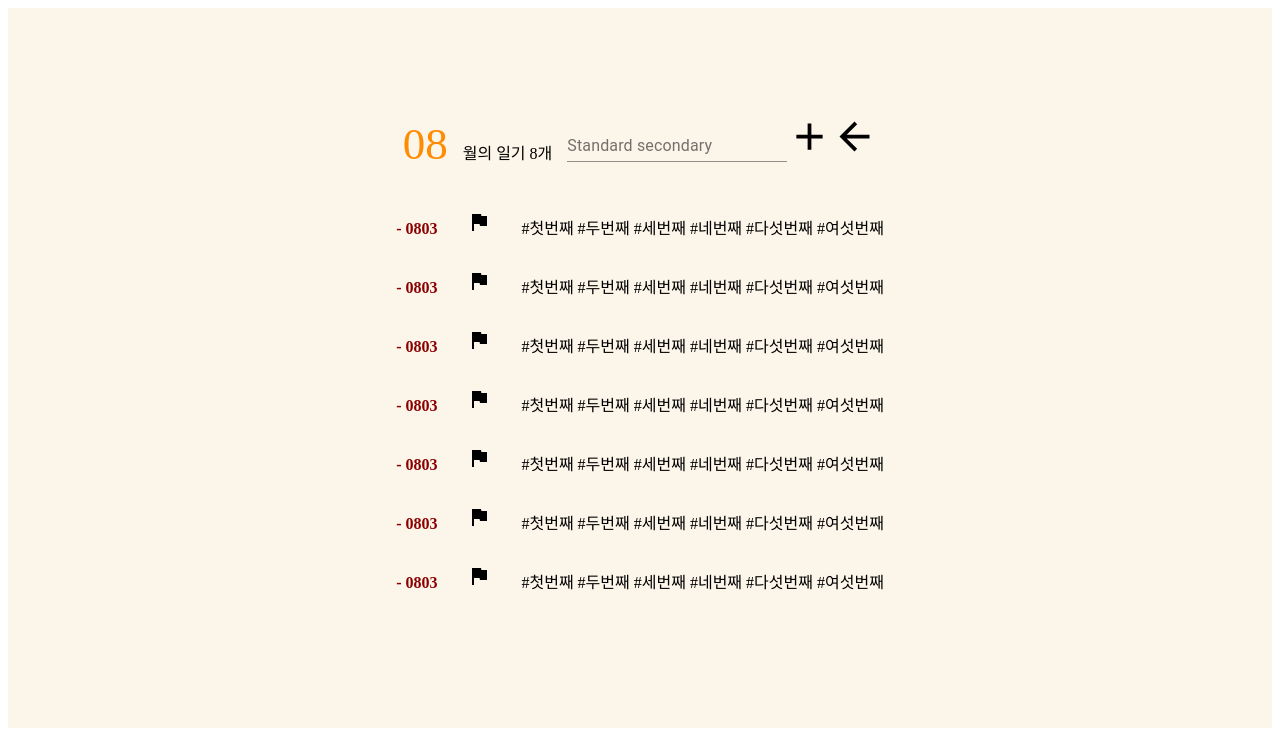
Repository: IMHANA/diary
Page: /list
These files come from the project's save history. The page is drawn as it stood at one moment and after the next save; the edit follows.
The browser window is 1280 px wide. The pictures show the whole page.
The project was rebuilt for these pictures with package versions that can differ from the ones it lists, and the page was loaded fresh each time. Also part of the build but not shown: src/App.css, src/pages/Main/main.js, src/pages/Month/month.js.

Above is the page before, as saved 2021-08-05 17:42:10.

### src/App.js
import './App.css';
import React, { Component } from 'react'
import MainTemplates from './components/MainTemplates';

class App extends Component {
  render() {
    console.log('메인을 불러온다!')
    return (
      <div>
        <MainTemplates/>
      </div>
    )
  }
}

export default App;

### src/components/MainTemplates.js
import React, { Component } from 'react'
import Main from '../pages/Main/main';
import Month from '../pages/Month/month';
import DayList from '../pages/DayList/dayList';
import { BrowserRouter as Router, Route, Switch, Link} from 'react-router-dom';

export default class MainTemplates extends Component {
    render() {
        return (
            <Router>
                <Switch>
                    <Route exact path='/' component={Main}/>
                    <Route path='/monthly' component={ Month }/>
                    <Route path='/list' component={ DayList} />
                </Switch>
            </Router>
        )
    }
}

### src/pages/DayList/dayList.js
import React, { Component } from 'react';
import { Add, ArrowBack , Flag} from '@material-ui/icons'
import TextField from '@material-ui/core/TextField';
import '../DayList/dayList.css';

export default class dayList extends Component {
    render() {
        return (
            <div id='container'>
                <div id='sub_box'>
                    <div className='list_title'>
                        <span id='month'>08</span><span id='month_sub'>월의 일기 8개</span>
                        <TextField id="standard-secondary" label="Standard secondary" color="secondary" />
                        <Add style={{fontSize: '45px'}}/>
                        <ArrowBack style={{fontSize: '45px'}} />
                    </div>
                    <div id='title'

                    ></div>
                    <div>
                        <div className='list_box'>
                            <span className='date'>- 0803</span>
                            <Flag className='icon'/>
                            <span>#첫번째 #두번째 #세번째 #네번째 #다섯번째 #여섯번째</span>
                        </div>
                        <div className='list_box'>
                            <span className='date'>- 0803</span>
                            <Flag className='icon'/>
                            <span>#첫번째 #두번째 #세번째 #네번째 #다섯번째 #여섯번째</span>
                        </div>
                        <div className='list_box'>
                            <span className='date'>- 0803</span>
                            <Flag className='icon'/>
                            <span>#첫번째 #두번째 #세번째 #네번째 #다섯번째 #여섯번째</span>
                        </div>
                        <div className='list_box'>
                            <span className='date'>- 0803</span>
                            <Flag className='icon'/>
                            <span>#첫번째 #두번째 #세번째 #네번째 #다섯번째 #여섯번째</span>
                        </div>
                        <div className='list_box'>
                            <span className='date'>- 0803</span>
                            <Flag className='icon'/>
                            <span>#첫번째 #두번째 #세번째 #네번째 #다섯번째 #여섯번째</span>
                        </div>
                        <div className='list_box'>
                            <span className='date'>- 0803</span>
                            <Flag className='icon'/>
                            <span>#첫번째 #두번째 #세번째 #네번째 #다섯번째 #여섯번째</span>
                        </div>
                        <div className='list_box'>
                            <span className='date'>- 0803</span>
                            <Flag className='icon'/>
                            <span>#첫번째 #두번째 #세번째 #네번째 #다섯번째 #여섯번째</span>
                        </div>
                    </div>
                    <div>

                    </div>
                </div>
            </div>
        )
    }
}

### src/pages/Main/main.css
#container {
    display: flex;
    flex-direction:column;

    height: 100vh;

    justify-content: center;
    align-items: center;
    background-color:rgb(252, 245, 233);
}

input[placeholder] {
    text-align: center;
    width: 150px;
    height: 35px;
    margin-bottom: 10px;
}

#login_btn, #sign_up_btn {
    width: 50px;
    height: 50px;
    border-radius: 50%;
    outline: none;
    border: none;
}

#btn_box {
    display: flex;
    justify-content: space-around;
    width: 150px;

}

#login_btn {
    background-color: rgb(255, 182, 45);
    margin-left: 50px;
}
#sign_up_btn {
    background-color: rgb(55, 137, 139);
}

#login_btn:hover {
    cursor: pointer;
    background-color: rgb(218, 153, 35);
}
#sign_up_btn:hover {
    cursor: pointer;
    background-color: rgb(51, 123, 124);
}

### src/pages/Month/month.css
#container {
    margin: 0;
    display: flex;
    flex-direction: column;
    justify-content: center;
    align-items: center;
}

.month_box_container {
    display: flex;
    width: 990px;
    height: 150px;
}
.month_box_container .calendar-item {
    /* display: inline-block; */
    border: 1px solid rgb(243, 243, 243);
    flex:1;
    padding-top: 10px;
    padding-left: 15px;
}

.month_box_container .calendar-item span.title{
    font-size: 40px;
    color:darkgrey;
    cursor: pointer;
    /* margin-top: 10px;
    margin-bottom: 10px; */
}

.month_box_container .calendar-item span.title:hover{
    color:rgb(252, 169, 76);
}

/* .first-floor span.title{
    color: red;
    height: 40px;
} */

#year_row {
    margin-top: 50px;
}

#year_row span {
    padding: 0 15px 0 15px;
}

### src/pages/DayList/dayList.css
#container {
    display: flex;
    flex-direction: column;
    justify-content: center;
    align-items: center;
    height: 100vh;

}

.list_title {
    margin-bottom: 40px;
}

#month {
    color:darkorange;
    font-size: 45px;
}

#month_sub {
    padding: 15px;
}

#sub_box {
    display: flex;
    flex-direction: column;
    justify-content: center;
    align-items: center;
}
.list_box {
    margin-bottom: 30px;
}
.icon {
    padding: 0 30px 0 30px;
}

.date {
    font-weight: bolder;
    color:darkred;
}

Loaded but not shown: public/index.html (common file); src/index.js (common file)

After the next save:
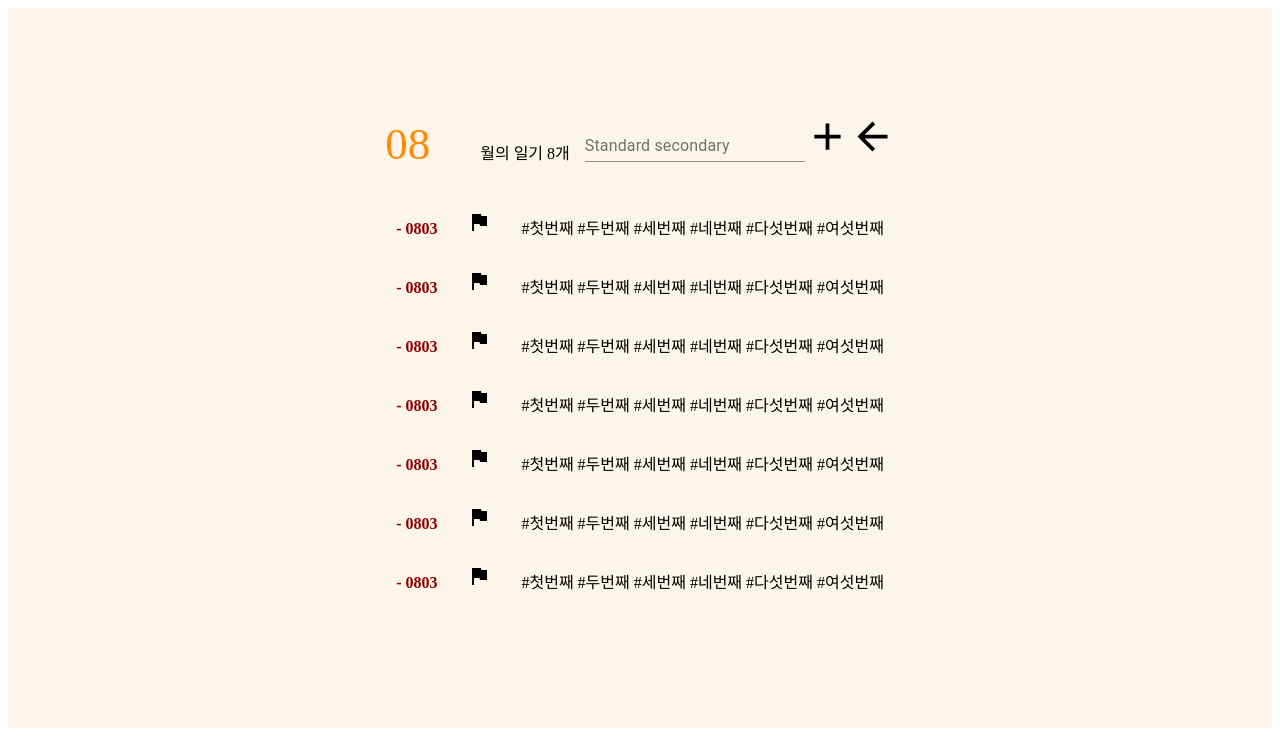
Saved 34 s later.
--- a/src/pages/DayList/dayList.css
+++ b/src/pages/DayList/dayList.css
@@ -17,7 +17,7 @@
 }
 
 #month_sub {
-    padding: 15px;
+    margin: 0 15px 0 50px;
 }
 
 #sub_box {
